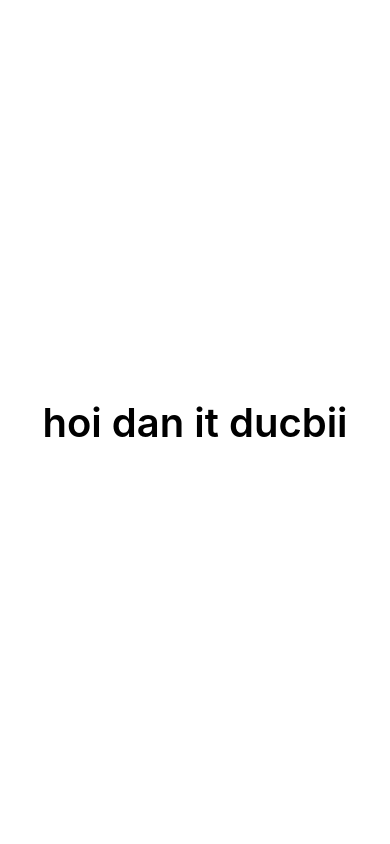
Repository: Ducbii4202/React-Native
Screen: /review-detail
The author's editor kept a copy of each file at every save. The screen is drawn from the files as they stood at one save, then again after the next save.
The app was drawn by React Native's web renderer in a window 390 px wide. The project was rebuilt for these pictures with package versions that can differ from the ones it lists, and the page was loaded fresh each time.

Above is the screen before, as saved 2024-09-14 00:15:02.

### App.tsx

import { useState } from 'react';
import { StyleSheet, Text, View } from 'react-native';

export default function App() {
  const [name, setName] = useState<string>("hoi dan it");
  return (
    <View style={styles.container}>
      <Text style={{fontSize:40, fontWeight:"600"}}>
      {name} ducbii
      </Text>
    </View>
  );
}


//css in js
const styles = StyleSheet.create({
  container: {
    flex: 1,
    backgroundColor: '#fff',
    alignItems: 'center',
    justifyContent: 'center',
  },
  hello1: {
    color: "violet",
    borderColor: "pink",
    borderWidth: 1,
    fontSize: 30,
    padding:10,
  },
  header: {
    fontSize: 30,
    fontWeight:"600",
  }
});

After the next save:
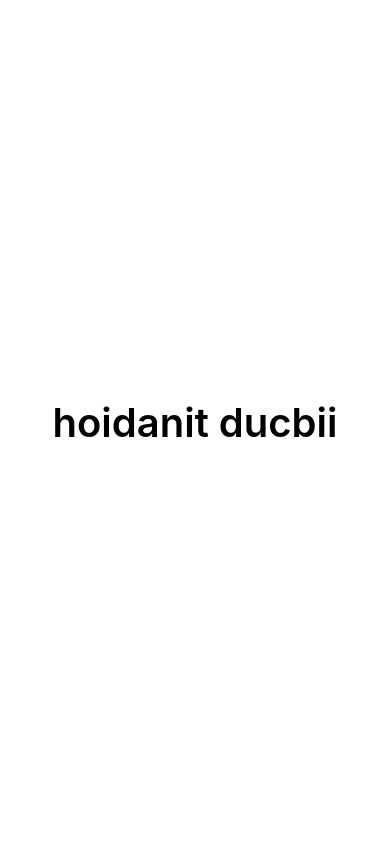
Saved 9 s later.
--- a/App.tsx
+++ b/App.tsx
@@ -3,7 +3,7 @@ import { useState } from 'react';
 import { StyleSheet, Text, View } from 'react-native';
 
 export default function App() {
-  const [name, setName] = useState<string>("hoi dan it");
+  const [name, setName] = useState<string>("hoidanit");
   return (
     <View style={styles.container}>
       <Text style={{fontSize:40, fontWeight:"600"}}>
